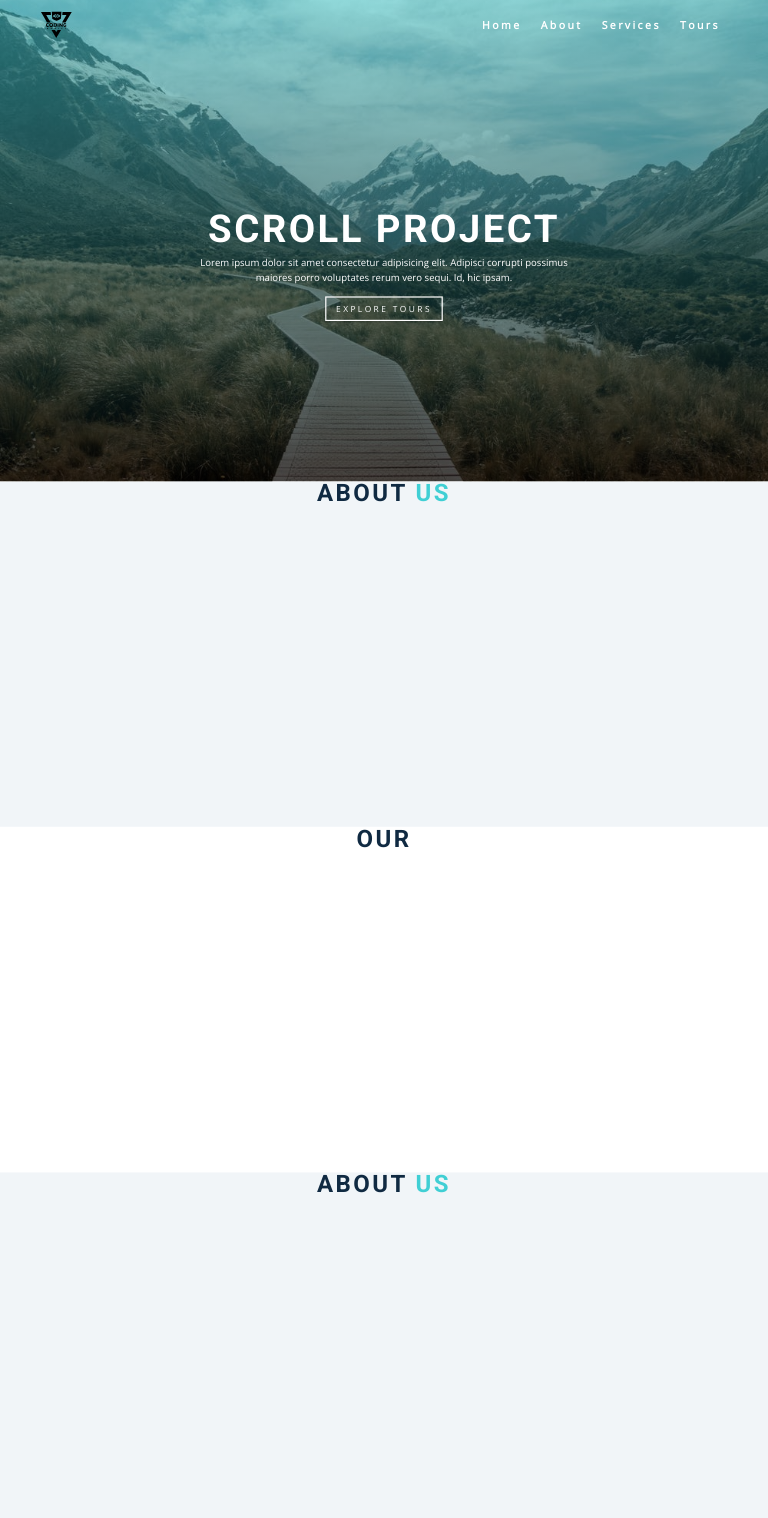
Repository: sunny070/javaScript
Page: Scroll_10/index.html
The author's editor kept a copy of each file at every save. The page is drawn from the files as they stood at one save, then again after the next save.
The browser window is 1280 px wide. The pictures show the whole page, at 60% of full size.
Some web libraries are served in a nearby version.

Above is the page before, as saved 2023-10-27 12:02:59.

After the next save:
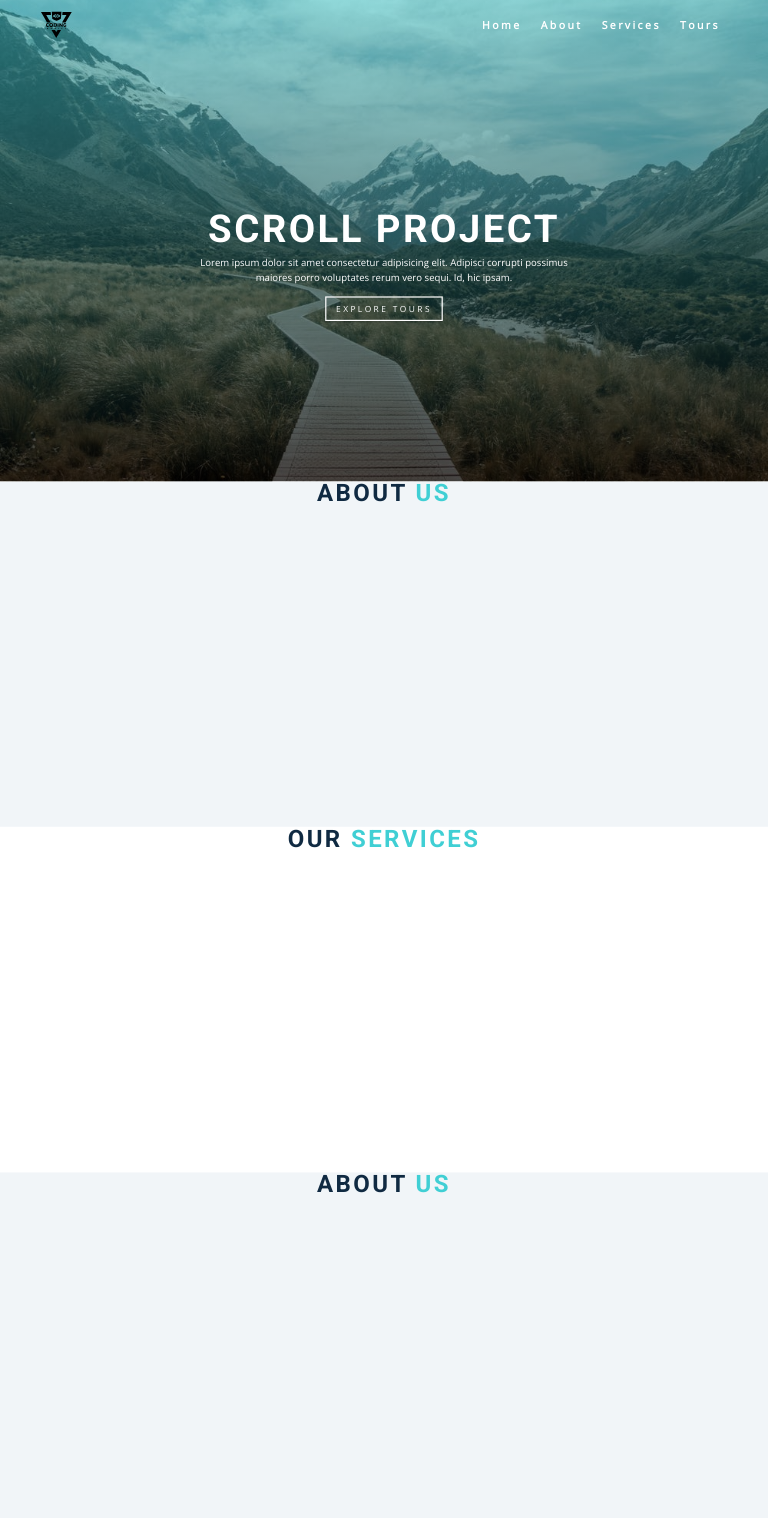
Saved 4 s later.
--- a/Scroll_10/index.html
+++ b/Scroll_10/index.html
@@ -64,7 +64,7 @@
  <!-- services -->
  <section id="services" class="section">
     <div class="title">
-        <h2>our <span</span></h2>
+        <h2>our <span>services</span></h2>
     </div>
 </section>
  <!-- tours -->
